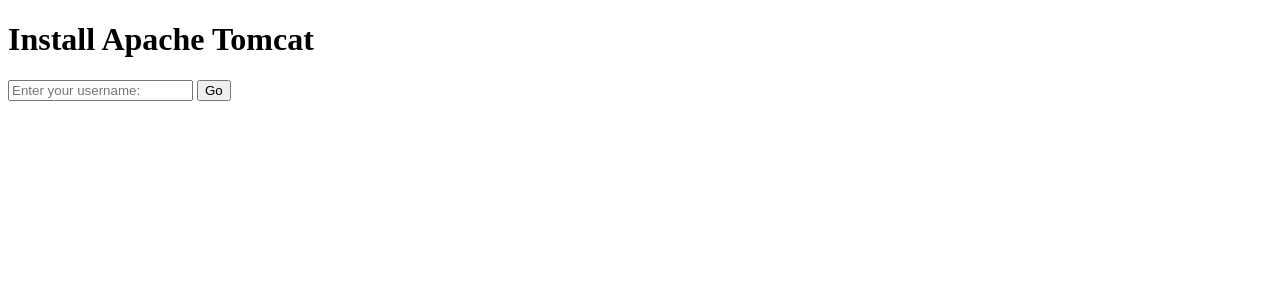
Repository: prathyushakochuru/SimpliLearnPhase2Assignments
Page: ServletsIntro/WebContent/index.html
These files come from the project's save history. The page is drawn as it stood at one moment and after the next save; the edit follows.
The browser window is 1280 px wide. The pictures show the whole page.

Above is the page before, as saved 2021-03-13 16:19:33.

After the next save:
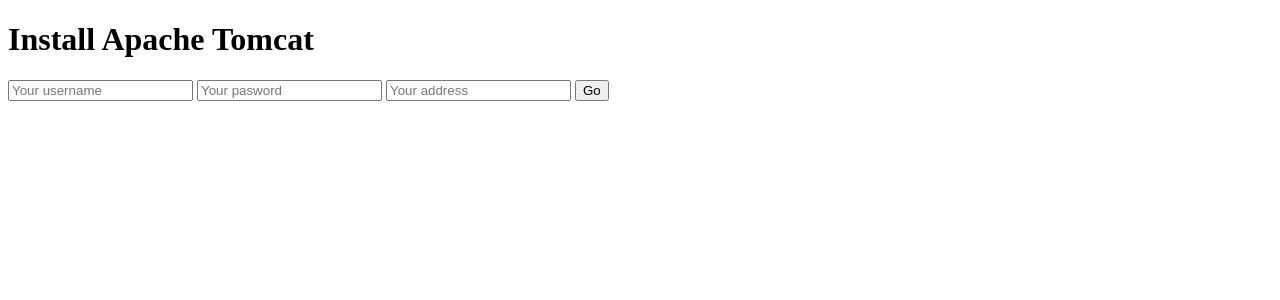
Saved 69 min 10 s later.
--- a/ServletsIntro/WebContent/index.html
+++ b/ServletsIntro/WebContent/index.html
@@ -7,7 +7,9 @@
 <body>
 <h1>Install Apache Tomcat</h1>
 <form action="first" method="post">
-<input type="text" name="username" placeholder ="Enter your username:">
+<input type="text" name="username" placeholder ="Your username">
+<input type="password"  placeholder ="Your pasword">
+<input type="text" name="address" placeholder ="Your address">
 <input type="submit" value = "Go">
 </form>
 </body>
